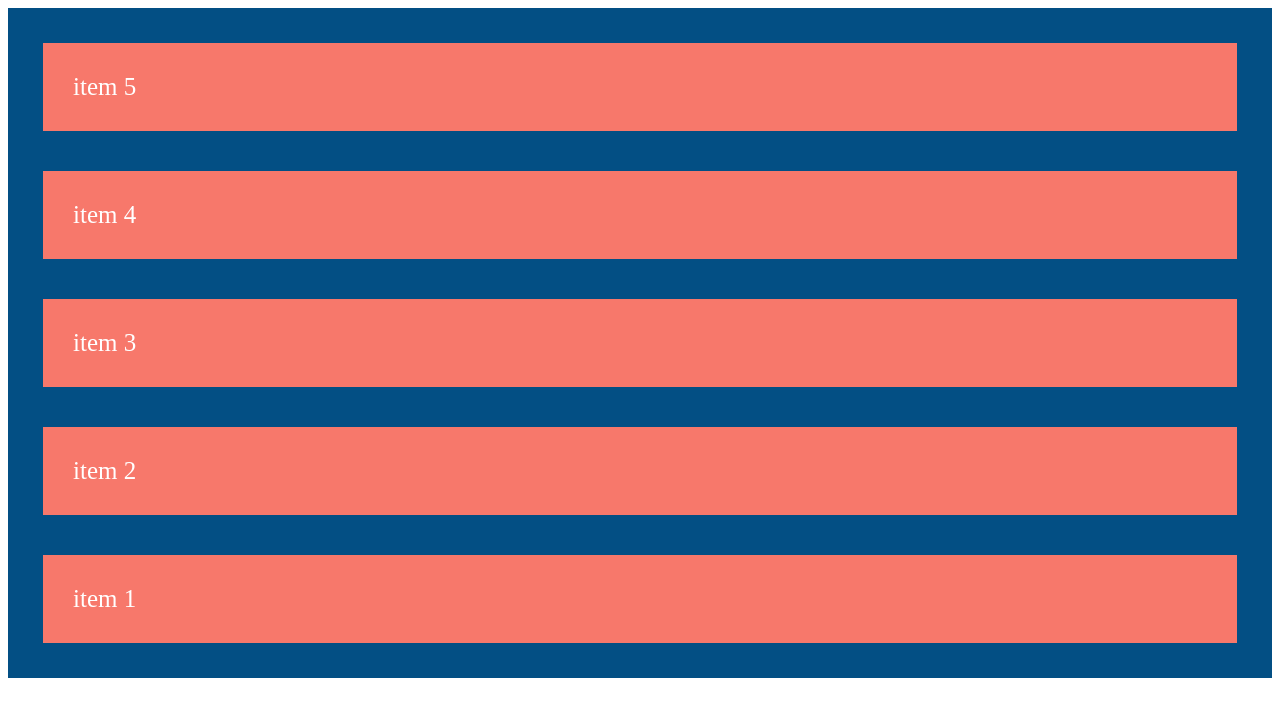
Repository: mehmetbuber38/flex
Page: flex-container.html
An editor plug-in stored every save of this project. The page is shown before and after the next save, followed by the edit.
The browser window is 1280 px wide. The pictures show the whole page.

Above is the page before, as saved 2022-01-30 18:45:54.

After the next save:
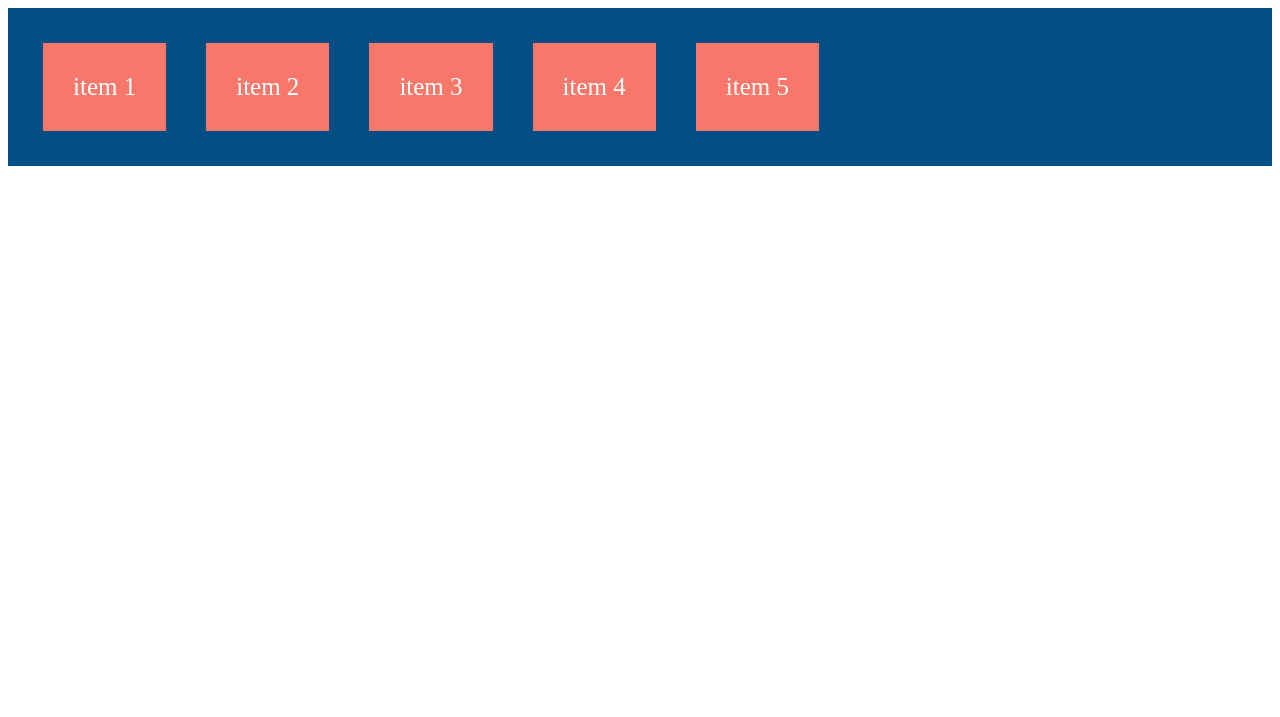
Saved 115 s later.
--- a/flex-container.html
+++ b/flex-container.html
@@ -13,7 +13,7 @@
         /* flex-direction: row; */
         /* flex-direction: column; */
         /* flex-direction: row-reverse; */
-        flex-direction: column-reverse;
+        /* flex-direction: column-reverse; */
 
         background-color: #034f84;
         padding: 15px;
